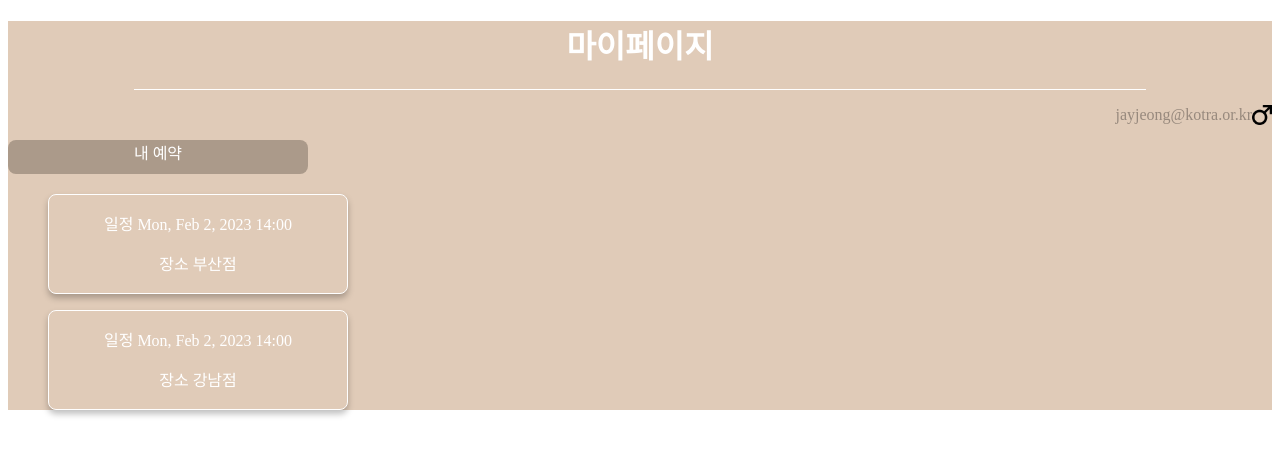
Repository: Jay-Jeong1988/speed_dating_pwa
Page: /booked_events
These files come from the project's save history. The page is drawn as it stood at one moment and after the next save; the edit follows.
The browser window is 1280 px wide. The pictures show the whole page.
The project was rebuilt for these pictures with package versions that can differ from the ones it lists, and the page was loaded fresh each time. Also part of the build but not shown: vue.config.js, src/views/LoginPage.vue, src/views/DashBoard.vue.

Above is the page before, as saved 2023-02-11 10:41:17.

### src/App.vue
<template>
  <router-view/>
</template>

<style>
#app {
  font-family: Avenir, Helvetica, Arial, sans-serif;
  -webkit-font-smoothing: antialiased;
  -moz-osx-font-smoothing: grayscale;
  text-align: center;
  color: #ffffff;
  background-color: #E0CBB8;
  font-family: Battambang;
}

nav {
  padding: 30px;
}

nav a {
  font-weight: bold;
  color: #2c3e50;
}

nav a.router-link-exact-active {
  color: #42b983;
}

ul {
  list-style-type: none;
}
</style>

### src/router/index.js
import { createRouter, createWebHistory } from 'vue-router'
import LoginPage from '../views/LoginPage.vue'
import DashBoard from '../views/DashBoard.vue'
import BookedEventsPage from '../views/BookedEventsPage.vue'

const routes = [
  {
    path: '/',
    name: 'loginPage',
    component: LoginPage
  },
  {
    path: '/dashboard',
    name: 'dashBoard',
    component: DashBoard
  },
  {
    path: '/booked_events',
    name: 'Booked_events_page',
    component: BookedEventsPage
  }
]

const router = createRouter({
  history: createWebHistory(process.env.BASE_URL),
  routes
})

export default router

### src/views/BookedEventsPage.vue
<template>
    <div class="BookedEventsPage">
      <Header></Header>
      <div class="menuContainer" v-if="booked_events.length">
        <div class="reservation-type">내 예약</div>
        <ul class="menus" v-for="event in booked_events" :key="event.id">
            <li >
              <div class="reservation">
                <div class="reservation-card">
                  <p>일정 {{ event.date }} {{  event.time }}</p>
                  <p>장소 {{ event.branch }}</p>
                </div>
              </div>
            </li>
        </ul>
      </div>
      <NoReservationCard v-else></NoReservationCard>
    </div>
  </template>
  <script>
  import NoReservationCard from '../components/no_reservation_card.vue'
  import Header from '../components/header.vue'
  import events from '../assets/test_data/events.json'
  export default {
    name: 'Booked_events_page',
    props: {

    },
    data() {
      return {
        booked_events: [],
        finished_events: []
      }
    },
    methods: {
    },
    components: { Header, NoReservationCard },
    mounted() {
      events.forEach((item)=>{
        if(item.isOver){
          this.finished_events.push(item)
        }else {
          this.booked_events.push(item)
        }
      })
    }
  }

  </script>

  <!-- Add "scoped" attribute to limit CSS to this component only -->
  <style scoped lang="scss">
    .reservation-type {
      width: 300px;
      height: 34px;
      background: #AB9A8A;
      border-radius: 8px;
      margin-bottom: 20px;
    }
    .reservation-card {
      box-sizing: border-box;
      width: 300px;
      height: 100px;
      background: #E0CBB8;
      border: 1px solid #FFFFFF;
      box-shadow: 0px 4px 6px rgba(0, 0, 0, 0.25);
      border-radius: 8px;
    }
  </style>

### src/components/header.vue
<template>
     <div class="page-header">
        <h1 class="title">마이페이지</h1>
      </div>
      <div class="userInfo">
        <p id="emailAddress">jayjeong@kotra.or.kr</p>
        <img id="gender-icon" src="../assets/images/gender-male.png"/>
      </div>
</template>
<script>
    export default {
        name: 'Header_component',
        data() {
            return {}
        }
    }
</script>
<style scoped lang="scss">
    .page-header {
        width: 80%;
        margin: auto;
        border-bottom: 1px solid #fff;
    }
    .userInfo {
        display: flex;
        justify-content: flex-end;
        align-items: center;
        color: #97897D;
        #gender-icon {
            width: 20px;
            height: 20px;
        }
    }
</style>

### src/components/no_reservation_card.vue
<template>
    <div class="no-appointment-card">
      <img id="no-reservation-icon" src="../assets/images/no_appointment.svg"/>
      <p>아직 예약된 데이트가 없습니다</p>
    </div>
</template>
<script>
export default {
  name: 'no_appointment_card',
  props: {

  },
  data() {
    return {
    }
  },
  methods: {
  }
}
</script>

<!-- Add "scoped" attribute to limit CSS to this component only -->
<style scoped lang="scss">
.no-appointment-card {
    box-sizing: border-box;
    width: 236px;
    height: 170px;
    background: #AB9A8A;
    border: 0.845px solid #F2F2F2;
    box-shadow: 0px 4px 6px rgba(0, 0, 0, 0.25);
    border-radius: 8px;
    display: flex;
    flex-direction: column;
    justify-content: center;
    align-items: center;
    position: relative;
    margin: auto;
    top: 100px;
    #no-reservation-icon {
        width: 25px;
        height: 25px;
    }
}
</style>

### src/assets/test_data/events.json
[
    {
        "id": 0,
        "date": "Mon, Feb 2, 2023",
        "time": "14:00",
        "branch": "세종점",
        "party_size": 20,
        "price": 100000,
        "attendees": [],
        "isOver": true
    },
    {
        "id": 0,
        "date": "Mon, Feb 2, 2023",
        "time": "14:00",
        "branch": "부산점",
        "party_size": 20,
        "price": 100000,
        "attendees": [],
        "isOver": false
    },
    {
        "id": 0,
        "date": "Mon, Feb 2, 2023",
        "time": "14:00",
        "branch": "강남점",
        "party_size": 20,
        "price": 100000,
        "attendees": [],
        "isOver": false
    }
]

Loaded but not shown: public/index.html (common file); src/main.js (common file); src/registerServiceWorker.js (common file)

After the next save:
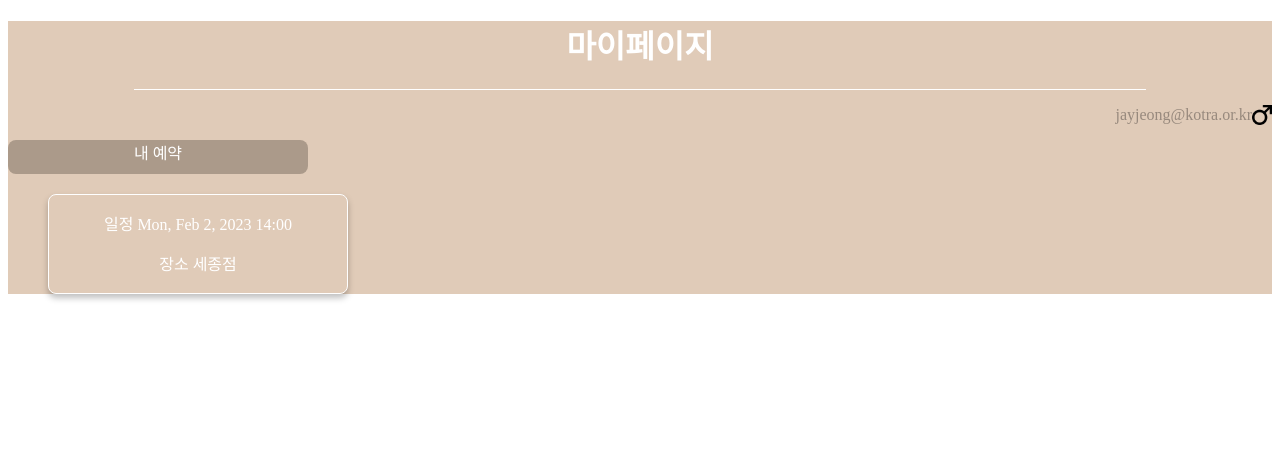
Saved 28 s later.
--- a/src/views/BookedEventsPage.vue
+++ b/src/views/BookedEventsPage.vue
@@ -3,7 +3,7 @@
       <Header></Header>
       <div class="menuContainer" v-if="booked_events.length">
         <div class="reservation-type">내 예약</div>
-        <ul class="menus" v-for="event in booked_events" :key="event.id">
+        <ul class="menus" v-for="event in finished_events" :key="event.id">
             <li >
               <div class="reservation">
                 <div class="reservation-card">
